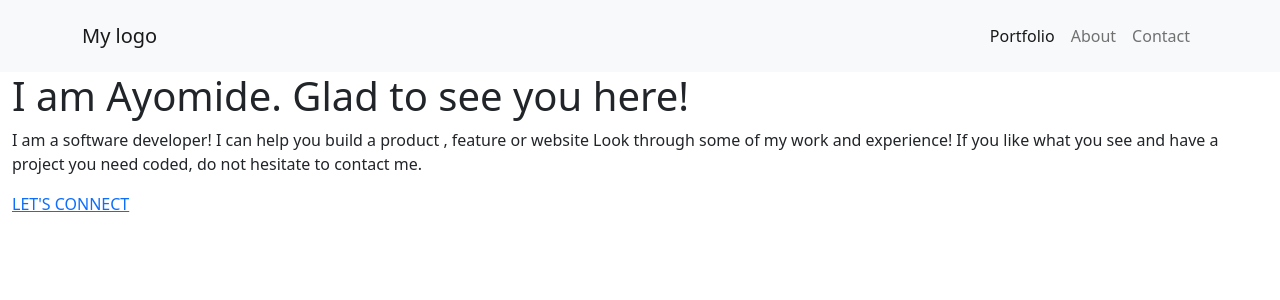
Repository: Paulinelali/try-bootstrap
Page: index.html
These files come from the project's save history. The page is drawn as it stood at one moment and after a run of saves; the edit follows.
The browser window is 1280 px wide. The pictures show the whole page.

Above is the page before, as saved 2023-04-13 08:58:04.

### index.html
<!doctype html>
<html lang="en">
  <head>
    <!-- Required meta tags -->
    <meta charset="utf-8">
    <meta name="viewport" content="width=device-width, initial-scale=1">

    <!-- Bootstrap CSS -->
    <link href="https://cdn.jsdelivr.net/npm/bootstrap@5.0.2/dist/css/bootstrap.min.css" rel="stylesheet" integrity="sha384-EVSTQN3/azprG1Anm3QDgpJLIm9Nao0Yz1ztcQTwFspd3yD65VohhpuuCOmLASjC" crossorigin="anonymous">

    <title>Hello, world!</title>
  </head>
  <body>
    <header>
      <nav class="navbar navbar-expand-lg navbar-light bg-light py-3">
        <div class="container d-flex justify-content-between">
          <a class="navbar-brand" href="#">My logo</a>
          <div class="links">
            <button class="navbar-toggler" type="button" data-bs-toggle="collapse" data-bs-target="#navbarNav" aria-controls="navbarNav" aria-expanded="false" aria-label="Toggle navigation">
              <span class="navbar-toggler-icon"></span>
            </button>
            <div class="collapse navbar-collapse" id="navbarNav">
              <ul class="navbar-nav">
                <li class="nav-item">
                  <a class="nav-link active" aria-current="page" href="#">Portfolio</a>
                </li>
                <li class="nav-item">
                  <a class="nav-link" href="#">About</a>
                </li>
                <li class="nav-item">
                  <a class="nav-link" href="#">Contact</a>
                </li>
              </ul>
            </div>
          </div>
        </div>
      </nav>

      <section class="hero-section container-fluid">
        <h1>
          I am Ayomide. Glad to see you here!
        </h1>
        <p>
          I am a software developer! I can help you build a product , feature or website Look through some of my work and
          experience! If you like what you see and have a project you need coded, do not hesitate to contact me.
        </p>
        <a href="£">LET'S CONNECT</a>

      </section>
    </header>



    <!-- Optional JavaScript; choose one of the two! -->

    <!-- Option 1: Bootstrap Bundle with Popper -->
    <script src="https://cdn.jsdelivr.net/npm/bootstrap@5.0.2/dist/js/bootstrap.bundle.min.js" integrity="sha384-MrcW6ZMFYlzcLA8Nl+NtUVF0sA7MsXsP1UyJoMp4YLEuNSfAP+JcXn/tWtIaxVXM" crossorigin="anonymous"></script>

    <!-- Option 2: Separate Popper and Bootstrap JS -->
    <!--
    <script src="https://cdn.jsdelivr.net/npm/@popperjs/core@2.9.2/dist/umd/popper.min.js" integrity="sha384-IQsoLXl5PILFhosVNubq5LC7Qb9DXgDA9i+tQ8Zj3iwWAwPtgFTxbJ8NT4GN1R8p" crossorigin="anonymous"></script>
    <script src="https://cdn.jsdelivr.net/npm/bootstrap@5.0.2/dist/js/bootstrap.min.js" integrity="sha384-cVKIPhGWiC2Al4u+LWgxfKTRIcfu0JTxR+EQDz/bgldoEyl4H0zUF0QKbrJ0EcQF" crossorigin="anonymous"></script>
    -->
  </body>
</html>

After the next 2 saves:
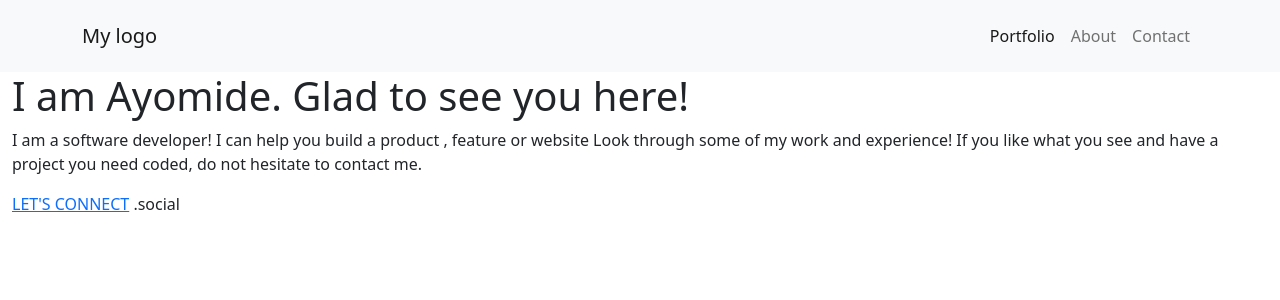
The 2 saves are shown as one change because they came seconds apart.
The last was saved 6 s later.
--- a/index.html
+++ b/index.html
@@ -45,7 +45,7 @@
           experience! If you like what you see and have a project you need coded, do not hesitate to contact me.
         </p>
         <a href="£">LET'S CONNECT</a>
-
+        .social
       </section>
     </header>
 

After the 3 saves that followed:
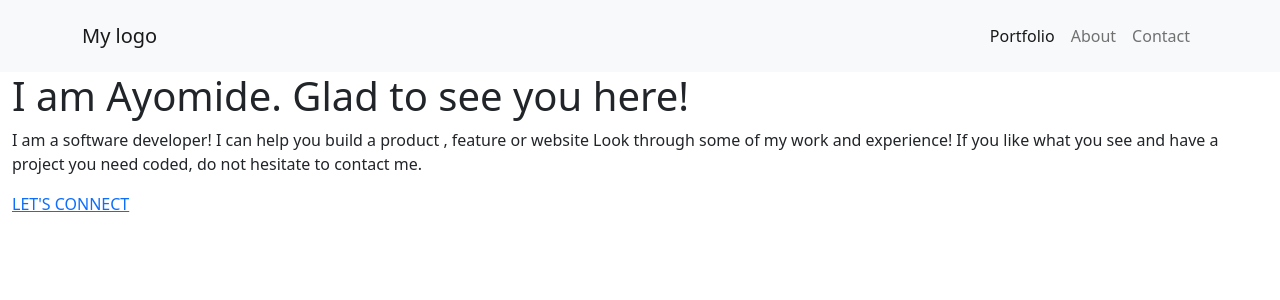
The 3 saves are shown as one change because they came seconds apart.
The last was saved 8 s later.
--- a/index.html
+++ b/index.html
@@ -45,7 +45,9 @@
           experience! If you like what you see and have a project you need coded, do not hesitate to contact me.
         </p>
         <a href="£">LET'S CONNECT</a>
-        .social
+        <div class="social-icons">
+          <i class="fa-brands fa-linkedin-in"></i>
+        </div>
       </section>
     </header>
 
